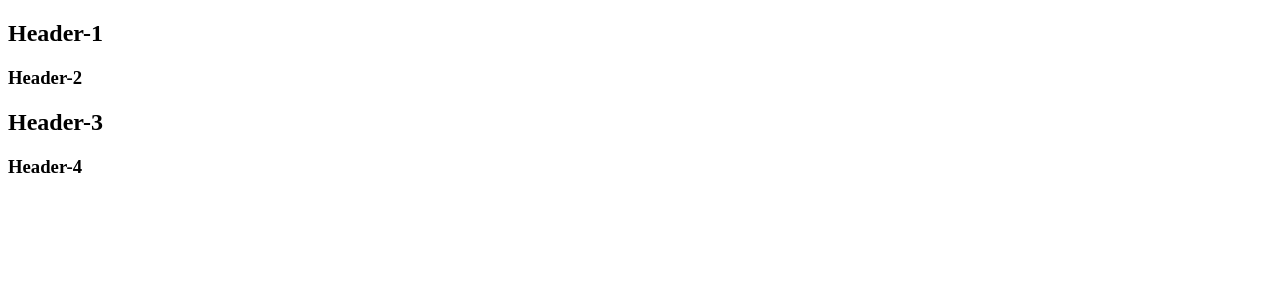
Repository: KYJIN1024/kic_jquery
Page: http://localhost/JQueryEx01/jquery03.jsp
These files come from the project's save history. The page is drawn as it stood at one moment and after the next save; the edit follows.
The browser window is 1280 px wide. The pictures show the whole page.
The page is served by Tomcat 9.

Above is the page before, as saved 2023-05-15 05:54:05.

After the next save:
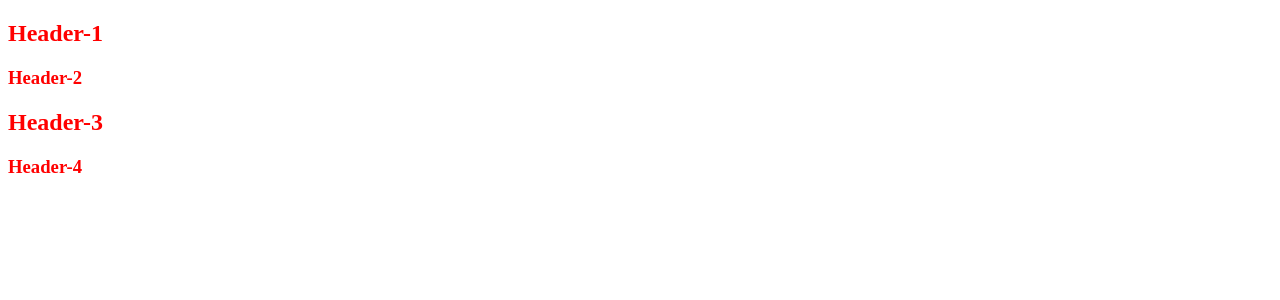
Saved 62 s later.
--- a/JQueryEx01/src/main/webapp/jquery03.jsp
+++ b/JQueryEx01/src/main/webapp/jquery03.jsp
@@ -11,7 +11,8 @@
 <script>
 	// window.jquery => jquery => $ (축약된표현)
 	$( document ).ready(function(){
-		console.log( 'Hello jQuery 1' );
+		//전체
+		$( '*' ).css( 'color', 'red' );
 	});
 
 </script>
@@ -22,5 +23,6 @@
 <h3> Header-2</h3>
 <h2> Header-3</h2>
 <h3> Header-4</h3>
+
 </body>
 </html>
